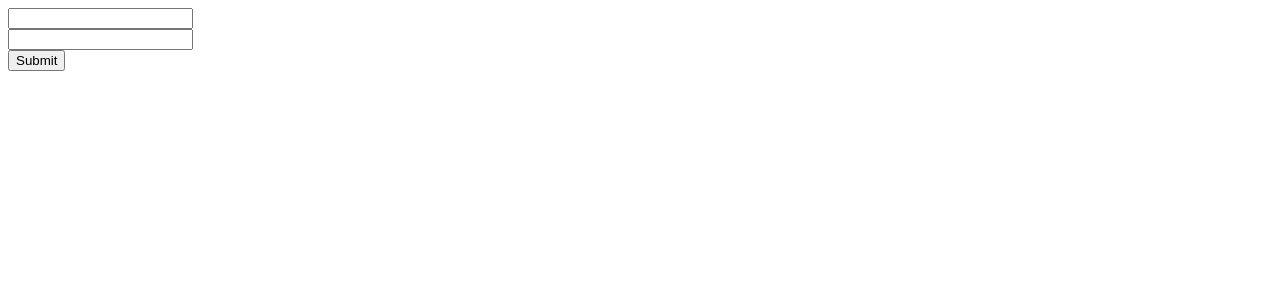
Repository: thepirorekildo/Spring-Learner-Stuff
Page: http://localhost/bootjpa/home.jsp
These files come from the project's save history. The page is drawn as it stood at one moment and after the next save; the edit follows.
The browser window is 1280 px wide. The pictures show the whole page.
The page is served by Tomcat 9.

Above is the page before, as saved 2023-10-17 10:13:32.

After the next save:
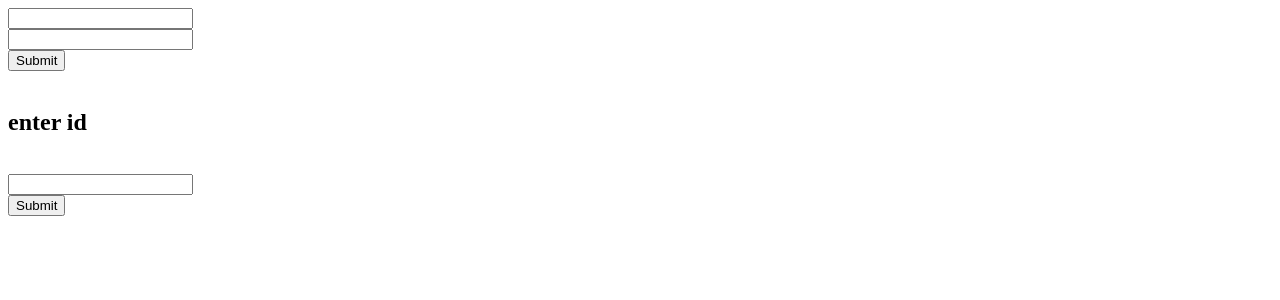
Saved 51 min 35 s later.
--- a/bootjpa/src/main/webapp/home.jsp
+++ b/bootjpa/src/main/webapp/home.jsp
@@ -14,6 +14,11 @@
 		<input type="submit" />
 	</form>
 
-
+	<br>
+	<h2>enter id</h2> <br>
+	<form action="getAlien">
+		<input type="text" name="aid"/><br>
+		<input type="submit" />
+	</form>
 </body>
 </html>
